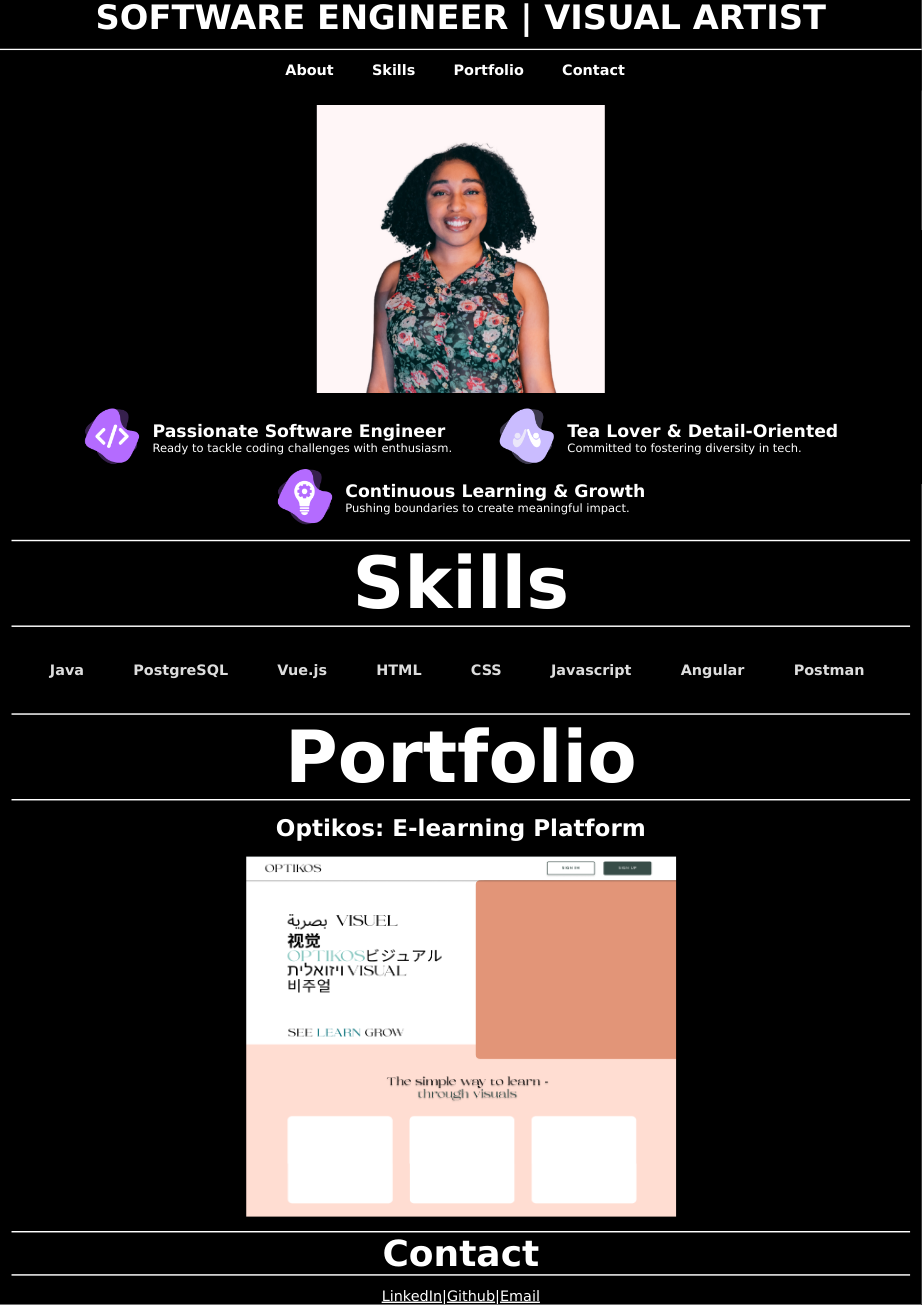
Repository: woodsdeshe/portfolio
Page: index.html
These files come from the project's save history. The page is drawn as it stood at one moment and after a run of saves; the edit follows.
The browser window is 1280 px wide. The pictures show the part of the page from y = 740 to 2552 px (the page is 2552 px tall before and 2544 px after), at 72% of full size.
A picture or video elsewhere on the page could not be fetched, so the positions and the page height are approximate. Some web fonts or font styles are not loaded; a fallback is used.

Above is the page before, as saved 2023-06-11 16:10:26.

### index.html
<!DOCTYPE html>
<html lang="en">
<head>
    <meta charset="UTF-8">
    <meta http-equiv="X-UA-Compatible" content="IE=edge">
    <meta name="viewport" content="width=device-width, initial-scale=1.0">
    <title>DeShe Woods | Software Engineer</title>
    <link rel="stylesheet" href="style.css">
    <link rel="stylesheet" href="https://cdnjs.cloudflare.com/ajax/libs/aos/2.3.4/aos.css" />
</head>
<body>
    <div class="container">
        <video autoplay muted loop>
            <source src="./images/pexels-crazy-motions-11738195-1920x1080-24fps.mp4" type="video/mp4">
        </video>
        <div class="header">
            <h1>DESHE WOODS</h1>
        </div>
    </div>
    <div class="subheader">
        <h3>SOFTWARE ENGINEER | VISUAL ARTIST</h3>
    </div>
    <nav class="navbar">
        <ul>
            <li><a href="#about">About</a></li>
            <li><a href="#skills">Skills</a></li>
            <li><a href="#portfolio">Portfolio</a></li>
            <li><a href="#contact">Contact</a></li>
        </ul>
    </nav>
    <div class="headshot" data-aos="fade-up">
        <img src="./images/Headshot.jpg" alt="Picture of DeShe Woods">
    </div>
    <div class="about-me" data-aos="fade-up">
        <div class="about-container">
            <div class="logo">
                <img src="./images/code-logo.png" alt="Software Engineer Logo">
            </div>
            <div class="about-content">
                <h2>Passionate Software Engineer</h2>
                <p>Ready to tackle coding challenges with enthusiasm.</p>
            </div>
        </div>
        <div class="about-container">
            <div class="logo">
                <img src="./images/diversity-logo.png" alt="Tea Lover Logo">
            </div>
            <div class="about-content">
                <h2>Tea Lover & Detail-Oriented</h2>
                <p>Committed to fostering diversity in tech.</p>
            </div>
        </div>
        <div class="about-container">
            <div class="logo">
                <img src="./images/gears-logo.png" alt="Continuous Learning Logo">
            </div>
            <div class="about-content">
                <h2>  Continuous Learning & Growth</h2>
                <p>Pushing boundaries to create meaningful impact.</p>
            </div>
        </div>
    </div>


    <div class="skills-header">
        <h1 id="skills">Skills</h1>
    </div>
    <div class="skills-content" data-aos="fade-up">
        <span class="skill">Java</span>
        <span class="skill">PostgreSQL</span>
        <span class="skill">Vue.js</span>
        <span class="skill">HTML</span>
        <span class="skill">CSS</span>
        <span class="skill">Javascript</span>
        <span class="skill">Angular</span>
        <span class="skill">Postman</span>
    </div>
    <div class="portfolio-header">
        <h1 id="portfolio">Portfolio</h1>
    </div>
    <div class="optikos" data-aos="fade-up">
        <h1>Optikos: E-learning Platform</h1>
        <img src="./images/Screenshot (6).png" alt="Screenshot of Optikos home page">
    </div>
    <div class="contact" id="contact">
        <h2>Contact</h2>
    </div>
   <footer>
    <a href="#">LinkedIn</a> |
    <a href="#">Github</a> |
    <a href="#">Email</a>
   </footer>

   <script src="https://cdnjs.cloudflare.com/ajax/libs/jquery/3.6.0/jquery.min.js"></script>
   <script src="https://cdnjs.cloudflare.com/ajax/libs/aos/2.3.4/aos.js"></script>
   <script>
     AOS.init();
   </script>
</body>
</html>

### style.css
@import url('https://fonts.googleapis.com/css2?family=Climate+Crisis&display=swap');

* {
    margin: 0;
    padding: 0;
    box-sizing: border-box;
}

body:not(.container) {
    background-color: #000;
    font-family: Verdana, Geneva, Tahoma, sans-serif;
    color: white;
    overflow-y: scroll;
}

.container {
    width: 100%;
    min-height: 100vh;
    position: relative;
    overflow: hidden;
}

.container video {
    height: 100%;
    width: 100%;
}

.header h1{
    font-family:'Climate Crisis', cursive, Verdana;
    font-size: 200px;
    font-weight: 900;
    text-align: center;
    color: white;
    position: absolute;
    top: 0;
    left:0;
    background: #000;
    height: 100%;
    width: 100%;
    display:flex;
    align-items: center;
    justify-content: center;
    flex-wrap: wrap;
    mix-blend-mode: multiply;
}

.subheader {
    border-top: 2px solid white;
    border-bottom: 2px solid white;
    padding: 1rem;
    text-align: center;
    font-size: 40px;
}

.navbar {
    background-color: #000;
    padding: 1rem;
    text-align: center;
}

.navbar ul {
    list-style-type: none;
}

.navbar li {
    display: inline-block;
    margin-right: 1rem;
}

.navbar a {
    text-decoration: none;
    color: white;
    font-size: 20px;
    font-weight: bold;
    padding: 0.5rem 1rem;
}

.navbar a:hover {
    background-color: #b46bff;
    border-radius: 5px;
    transition: background-color 0.3s ease;
}


.headshot img {
    height:400px;
    width: 400px;
    align-content: center;
    display:block;
    margin-left: auto;
    margin-right: auto;
    margin-top: 20px;
    margin-bottom: 20px;
}


.about-me {
    display: flex;
    flex-wrap: wrap;
    justify-content: center;
}

.about-container {
    display: flex;
    align-items: center;
    margin: 0 2rem;
}

.logo img {
    height: 80px;
    width: 80px;
}

.about-content {
    margin-left: 1rem;
}

.portfolio-header, .skills-header, .contact h2 {
    font-size: 50px;
    text-align: center;
    border-top: 2px solid white;
    border-bottom: 2px solid white;
    margin: 1rem
}

.skills-content {
    display: flex;
    flex-direction: row;
    justify-content: space-around;
    margin: 40px;
}

.skill {
    display: inline-block;
    padding: 8px 12px;
    margin-right: 10px;
    font-size: 20px;
    font-weight: bold;
    text-decoration: none;
    color: #ddd;
    border-radius: 4px;
    transition: background-color 0.3s ease;
  }

  .skill:hover {
    background-color: #b46bff;
    cursor: pointer;
  }


.portfolio {
    display: flex;
    flex-direction: column;
}

.optikos img {
   width: 597px;
   height: 500px;
   display: block;
   margin-left: auto;
    margin-right: auto;
    margin-bottom: 20px;
}


.optikos h1 {
    text-align: center;
    margin: 20px;
}

.optikos p {
    grid-area: "optikos-content";
}

.contact h2{
    font-size: 50px
}

footer {
    display: flex;
    justify-content: center;
    font-size: 20px;
}

footer a {

        box-shadow: inset 0 0 0 0 #54b3d6;
        color: white;
        margin: 0 -.25rem;
        padding: 0 .25rem;
        transition: color .3s ease-in-out, box-shadow .3s ease-in-out;
}

footer a:hover {
    box-shadow: inset 100px 0 0 0 #54b3d6;
    color: white;
}

@media screen and (max-width: 768px) {
.container {
        min-height: auto;
        height: 100vh;
    }
    .container video {
        height: auto;
        width: 100%;
    }

    .about-me {
        flex-direction: column;
        align-items: center;
    }

    .about-container {
        margin: 1rem 0;
    }

    .about-content {
        margin-left: 0;
        margin-top: 1rem;
    }
}

body:not(.container) {
    overflow-x: hidden;
}

After the next 2 saves:
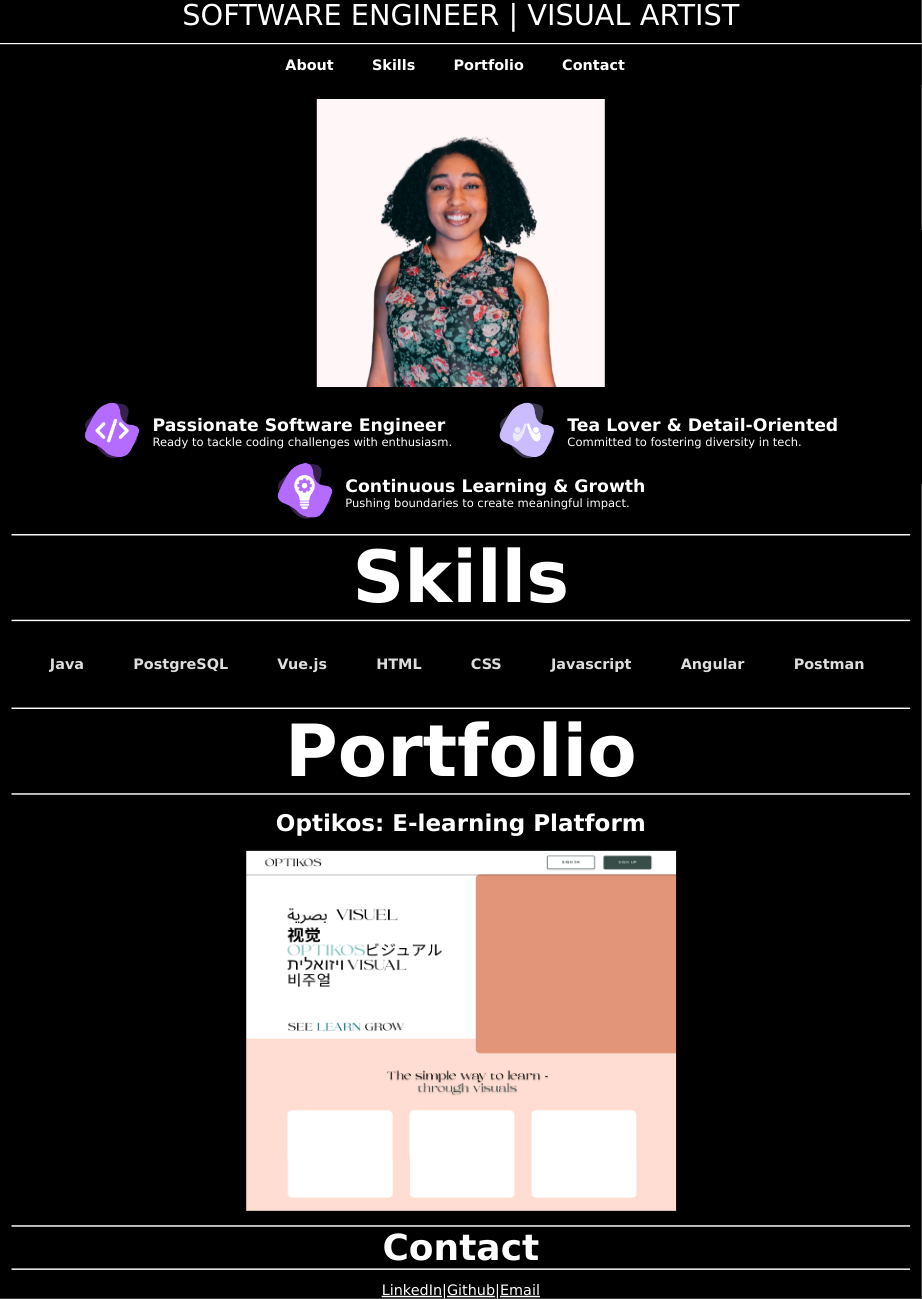
The 2 saves are shown as one change because they came seconds apart.
The last was saved 7 s later.
--- a/index.html
+++ b/index.html
@@ -17,7 +17,7 @@
             <h1>DESHE WOODS</h1>
         </div>
     </div>
-    <div class="subheader">
+    <div class="subheader" data-aos=""
         <h3>SOFTWARE ENGINEER | VISUAL ARTIST</h3>
     </div>
     <nav class="navbar">
